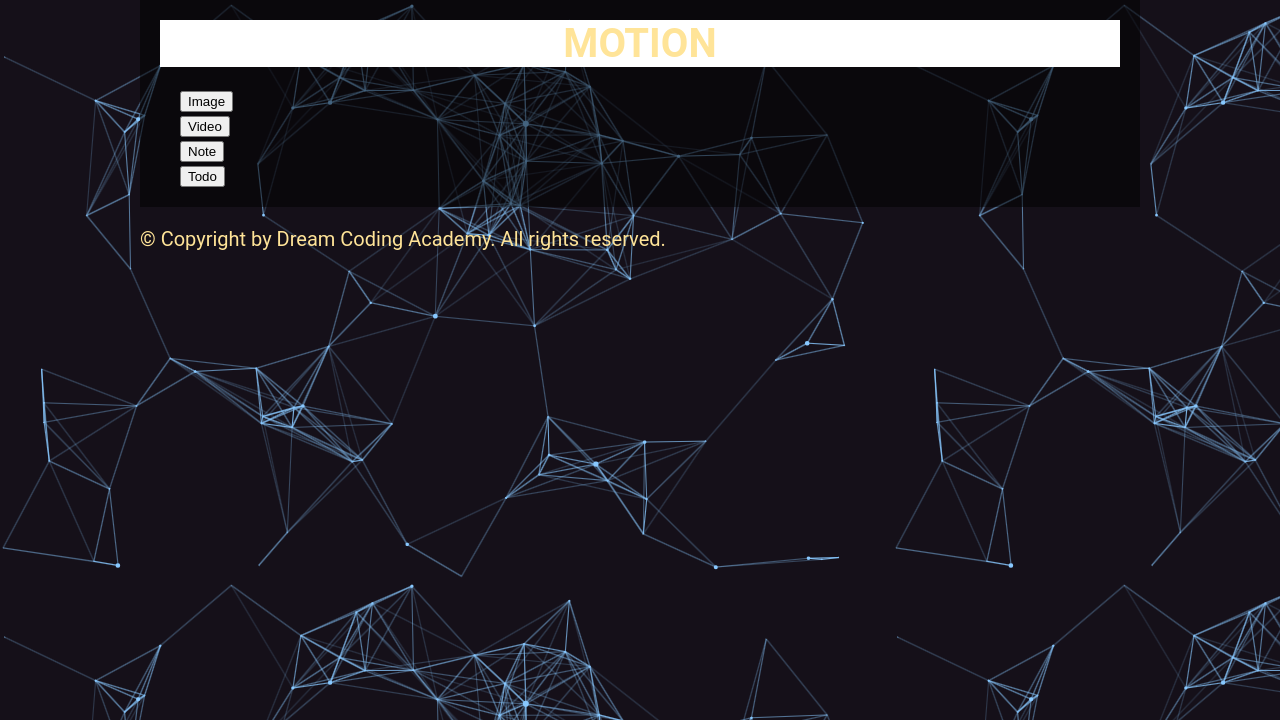
Repository: chefkuna/Motion
Page: index.html
These files come from the project's save history. The page is drawn as it stood at one moment and after the next save; the edit follows.
The browser window is 1280 px wide. The pictures show the whole page.

Above is the page before, as saved 2022-08-21 14:42:10.

### index.html
<!DOCTYPE html>
<html lang="en">
<head>
  <meta charset="UTF-8">
  <meta http-equiv="X-UA-Compatible" content="IE=edge">
  <meta name="viewport" content="width=device-width, initial-scale=1.0">
  <title>Motion</title>
  <link rel="stylesheet" href="./style/style.css">
  <script src='./dist/app.js' defer></script>
</head>
<body>
  <div class="app">
    <header class='banner'>
      <h1 class="banner__title">MOTION</h1>
      <ul class="control-panel">
        <li><button id='new-image' class="create-button">Image</button></li>
        <li><button id='new-video' class="create-button">Video</button></li>
        <li><button id='new-note' class="create-button">Note</button></li>
        <li><button id='new-todo' class="create-button">Todo</button></li>
      </ul>
    </header>
    <main class='document'></main>
    <footer class="footer">
      <p>© Copyright by Dream Coding Academy. All rights reserved.</p>
    </footer>
  </div>

</body>
</html>

### style/style.css
:root {
  --bg-main-color: #00000080;
  --bg-accent-color: #89c9ff;
  --accent-color: #1b98ff;
  --text-accent-color: #ffe498;
  --text-edit-bg-color: #575757;
  --border-color: #3f3f3f;
  --shadow-color: #202020;
  --document-bg-color: #68686850;
  --component-bg-gradient: radial-gradient(circle, #646464e6 0%, #363636e6 100%);
  --smokywhite: #dddbd8;
  --black: #000000;
  --translucent-black: #00000099;
}



li {
  list-style: none;
  padding-left: 0;
}

p {
  color: var(--text-accent-color);
}

body {
  background: url('../assets/background.png');
  font-family: Roboto, Oxygen, sans-serif;
  display: flex;
  justify-content: center;
  height: 100vh;
  overflow: auto;
  font-size: 1.25rem;
  margin: 0;
}

.app {
  width: 100%;
  max-width: 1000px;
  height: 100%;
  display: flex;
  flex-direction: column;
}

.banner {
  background-color: var(--bg-main-color);
}

.banner__title {
  background-color: #fff;
  color: var(--text-accent-color);
  margin: 20px;
  text-align: center;
}

Loaded but not shown: dist/app.js (no copy from this time; the picture is the same without it)

After the next save:
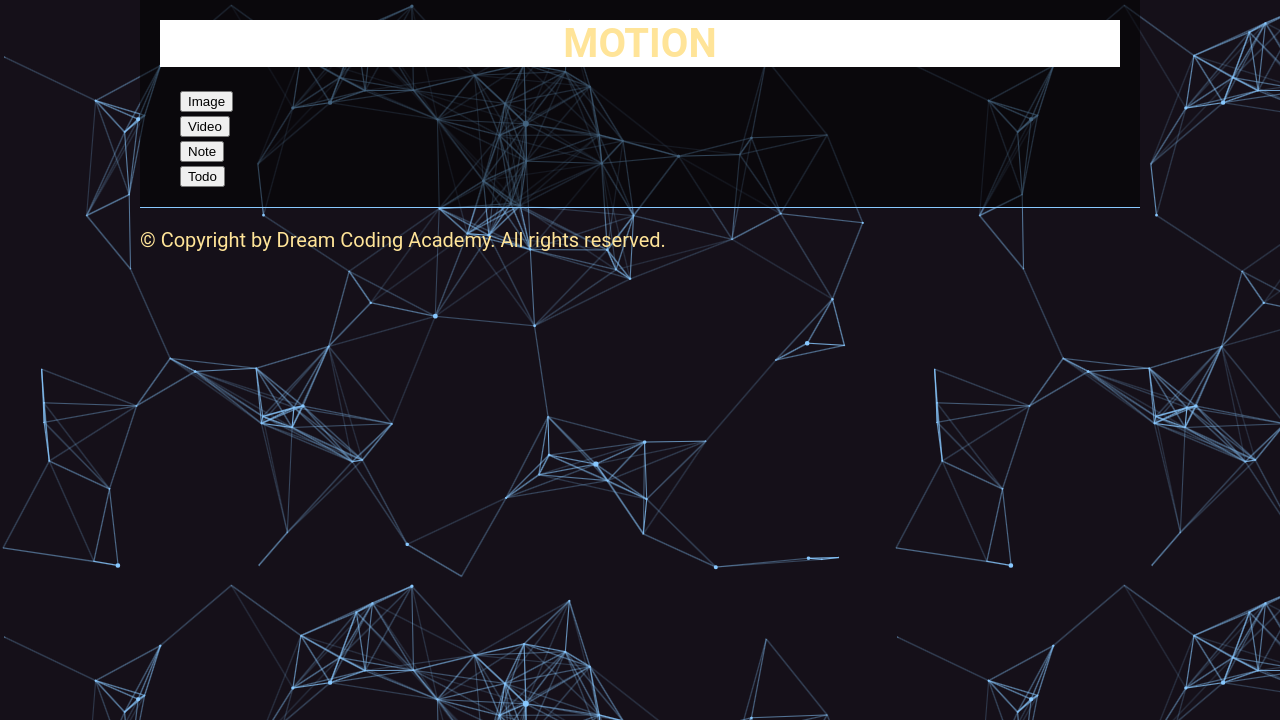
Saved 16 s later.
--- a/style/style.css
+++ b/style/style.css
@@ -45,6 +45,7 @@ body {
 
 .banner {
   background-color: var(--bg-main-color);
+  border-bottom: 1px solid var(--bg-accent-color);
 }
 
 .banner__title {
